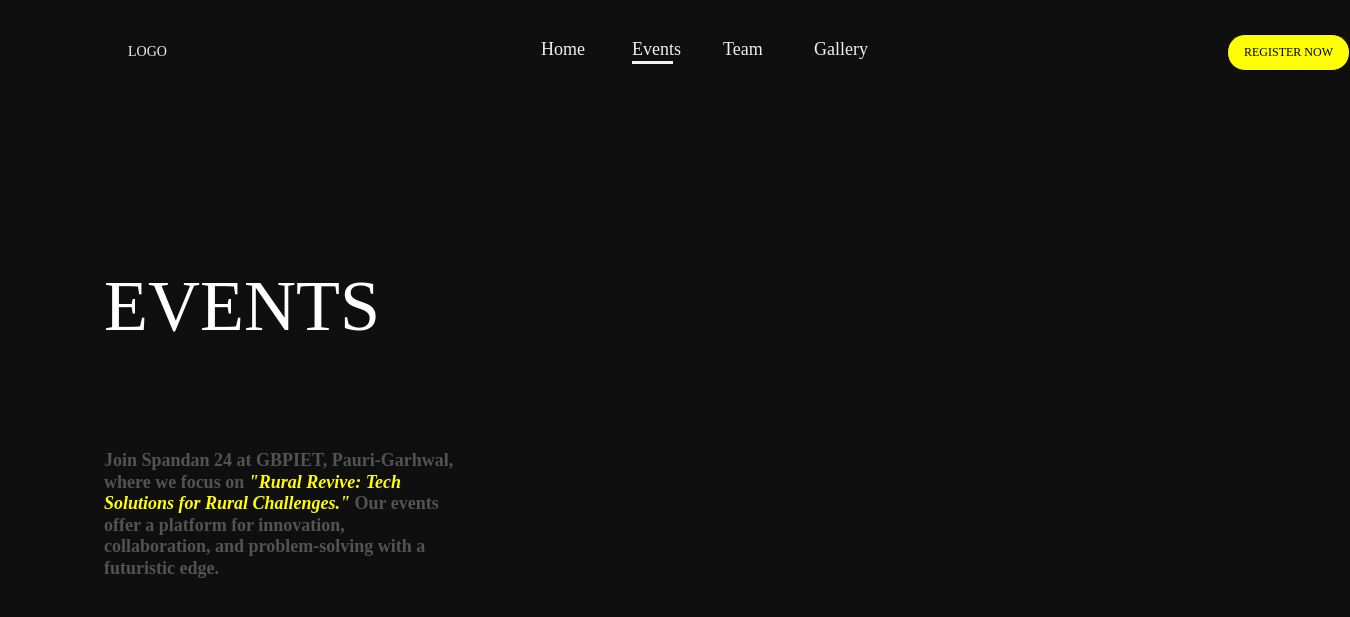
Repository: s4bbi/spandan-3.0
Page: /
These files come from the project's save history. The page is drawn as it stood at one moment and after the next save; the edit follows.
The browser window is 1280 px wide. The page is 1350 px wide, so the pictures cover 1350 px, including what lies to the right of the window. The pictures show the whole page.
The project was rebuilt for these pictures with package versions that can differ from the ones it lists, and the page was loaded fresh each time. Also part of the build but not shown: vite.config.js, src/pages/Events/Events.jsx.

Above is the page before, as saved 2024-11-02 02:43:06.

After the next save:
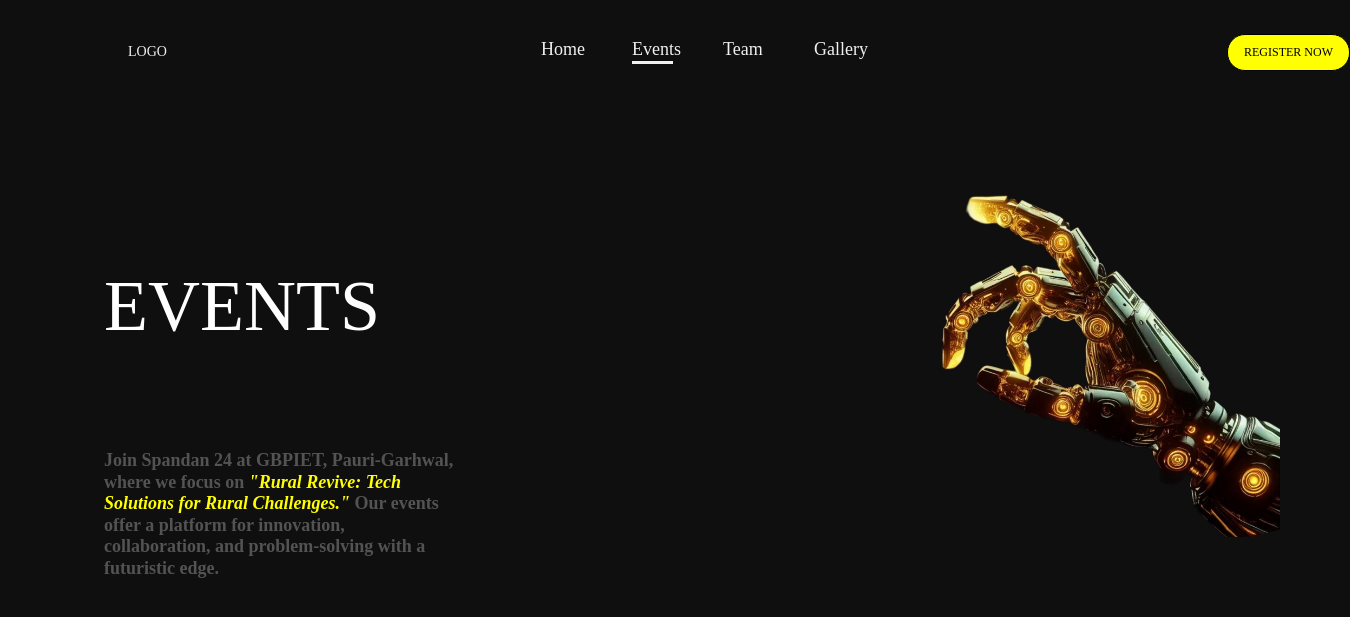
Saved 68 s later.
--- a/src/components/HeroSection/HeroSection.jsx
+++ b/src/components/HeroSection/HeroSection.jsx
@@ -16,7 +16,7 @@
           Join Spandan 24 at GBPIET, Pauri-Garhwal, where we focus on <span className="highlight">"Rural Revive: Tech Solutions for Rural Challenges."</span> Our events offer a platform for innovation, collaboration, and problem-solving with a futuristic edge.
         </p>
       </div>
-      {/* <img src={eventsHand} alt="Robotic Hand" className="hero-image" /> */}
+      <img src={eventsHand} alt="Robotic Hand" className="hero-image" />
     </section>
     </div>
   )
